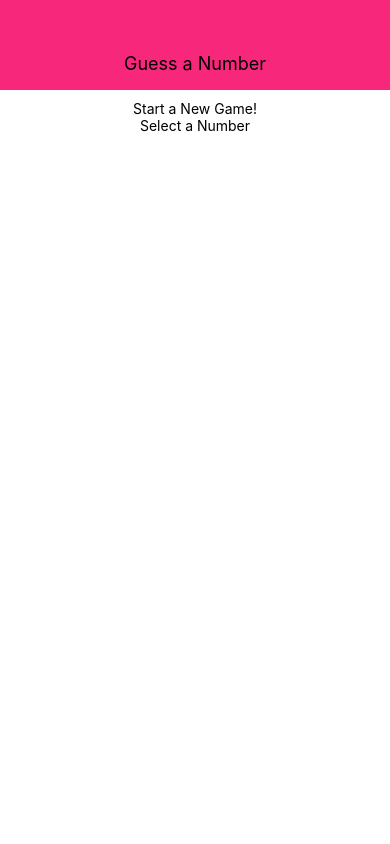
Repository: ChidiChuks/rn-second-project
Screen: / (app in second-project/)
An editor plug-in stored every save of this project. The screen is shown before and after the next save, followed by the edit.
The app was drawn by React Native's web renderer in a window 390 px wide. The project was rebuilt for these pictures with package versions that can differ from the ones it lists, and the page was loaded fresh each time.

Above is the screen before, as saved 2019-10-23 13:03:39.

### second-project/App.js
import React from 'react';
import { StyleSheet, View } from 'react-native';

import Header from './components/Header';
import StartGameScreen from './screens/StartGameScreen';

export default function App() {
  return (
    <View style={styles.screen}>
      <Header title="Guess a Number" />
      <StartGameScreen />
    </View>
  );
}

const styles = StyleSheet.create({
  screen: {
    flex: 1
  }
});

### second-project/components/Header.js
import React from 'react';
import { View, Text, StyleSheet } from 'react-native';

const Header = props => {
  return (
    <View style={styles.header}>
      <Text style={styles.headerTitle}>{props.title}</Text>
    </View>
  );
};

const styles = StyleSheet.create({
  header: {
    width: '100%',
    height: 90,
    paddingTop: 36,
    backgroundColor: '#f7287b',
    alignItems: 'center',
    justifyContent: 'center'
  },
  headerTitle: {
    color: 'black',
    fontSize: 18,

  }
});

export default Header;

### second-project/screens/StartGameScreen.js
import React from 'react';
import { View, Text, StyleSheet } from 'react-native';

const StartGameScreen = props => {
  return (
    <View style={styles.screen}>
      <Text>Start a New Game!</Text>
      <View>
        <Text>Select a Number</Text>
      </View>
    </View>
  );
};

const styles = StyleSheet.create({
  screen: {
    flex: 1,
    padding: 10,
    alignItems: 'center'
  }
});

export default StartGameScreen;

After the next save:
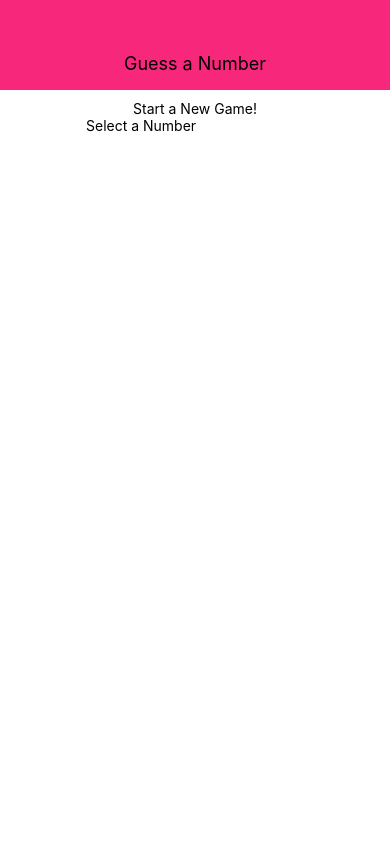
Saved 42 s later.
--- a/second-project/screens/StartGameScreen.js
+++ b/second-project/screens/StartGameScreen.js
@@ -1,5 +1,5 @@
 import React from 'react';
-import { View, Text, StyleSheet } from 'react-native';
+import { View, Text, StyleSheet, TextInput } from 'react-native';
 
 const StartGameScreen = props => {
   return (
@@ -7,6 +7,7 @@ const StartGameScreen = props => {
       <Text>Start a New Game!</Text>
       <View>
         <Text>Select a Number</Text>
+        <TextInput />
       </View>
     </View>
   );
